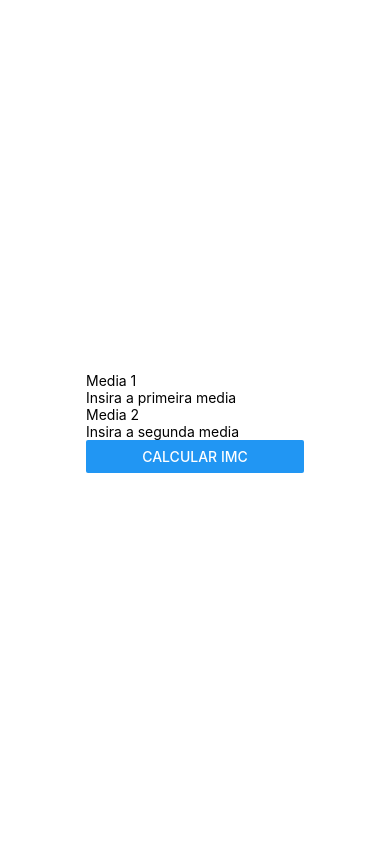
Repository: brksaian/Desenvolvimento_Mobile
Screen: / (app in Trabalhos/calculadoraMedia/)
These files come from the project's save history. The screen is drawn as it stood at one moment and after the next save; the edit follows.
The app was drawn by React Native's web renderer in a window 390 px wide. The project was rebuilt for these pictures with package versions that can differ from the ones it lists, and the page was loaded fresh each time. Some packages were replaced by stand-ins written for this rebuild.

Above is the screen before, as saved 2023-08-20 19:52:44.

After the next save:
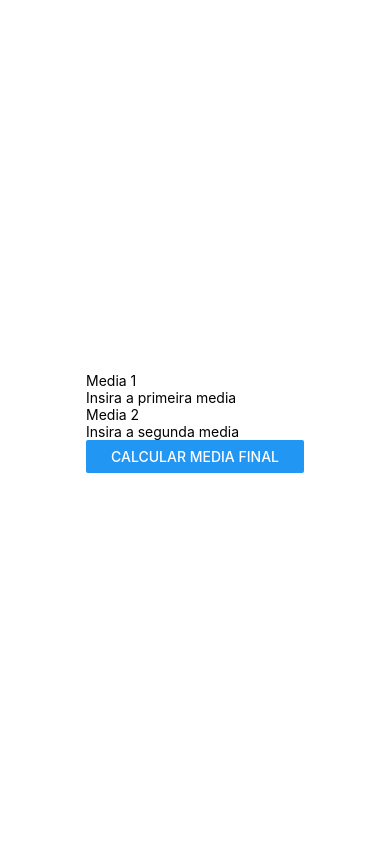
Saved 18 s later.
--- a/Trabalhos/calculadoraMedia/src/components/title/index.js
+++ b/Trabalhos/calculadoraMedia/src/components/title/index.js
@@ -56,7 +56,7 @@ export default function Form() {
         placeholder="Insira a segunda media"
         onChangeText={setMedia_2}
       />
-      <Button title="Calcular IMC" onPress={() => validationImc()} />
+      <Button title="Calcular Media Final" onPress={() => validationImc()} />
       <ResultImc mediaFinal={mediaFinal} />
     </View>
   );
